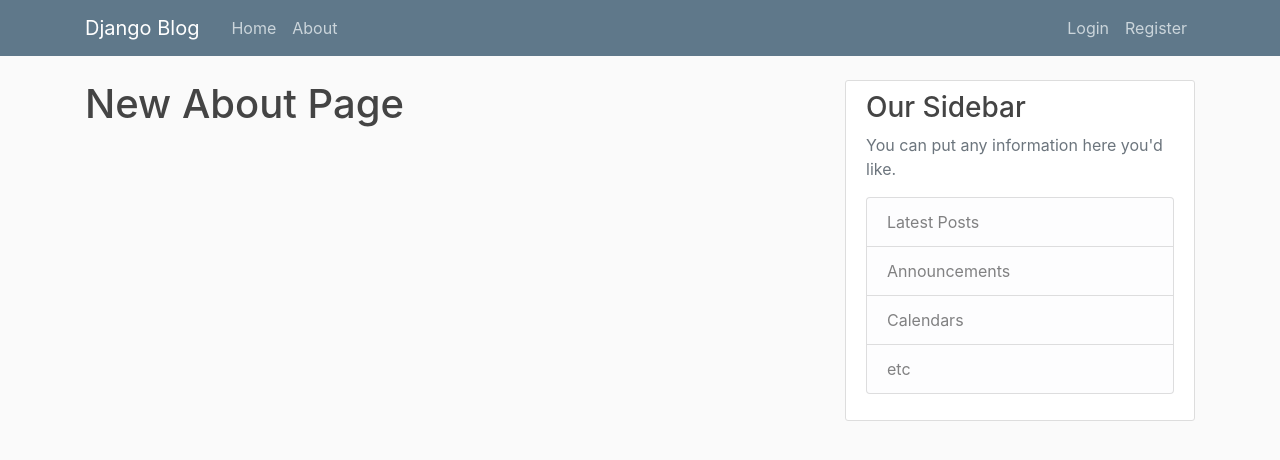
Repository: rahulsolankib/portfolio
Page: http://localhost/about/
These files come from the project's save history. The page is drawn as it stood at one moment and after the next save; the edit follows.
The browser window is 1280 px wide. The pictures show the whole page.
The page is served by the project's application, run on Django 3.2 (manage.py).

Above is the page before, as saved 2020-10-12 01:56:06.

After the next save:
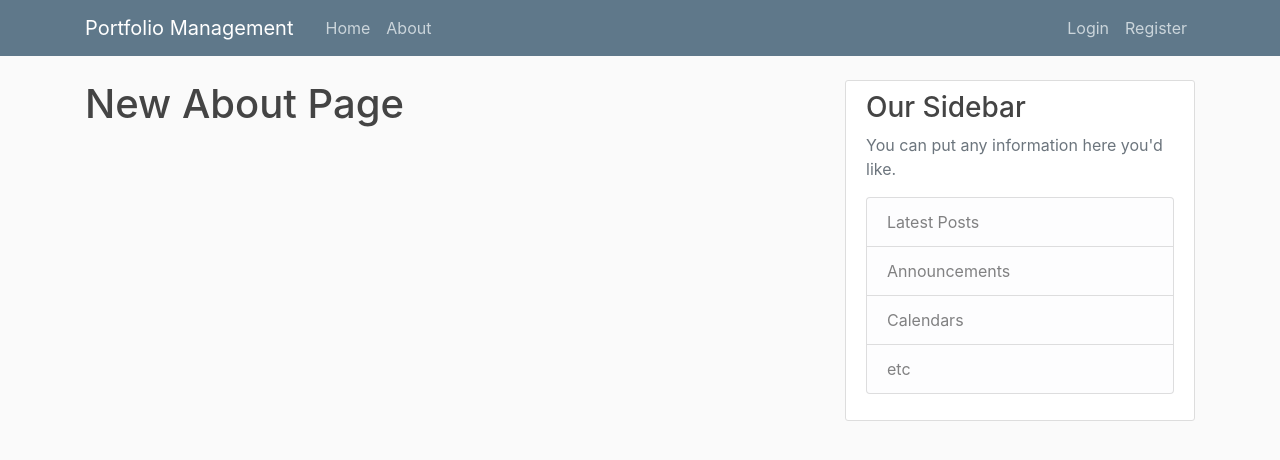
Saved 2 min 16 s later.
--- a/startPage/templates/startPage/base.html
+++ b/startPage/templates/startPage/base.html
@@ -19,7 +19,7 @@
     <header class="site-header">
         <nav class="navbar navbar-expand-md navbar-dark bg-steel fixed-top">
             <div class="container">
-            <a class="navbar-brand mr-4" href="{% url 'Start-Page' %}">Django Blog</a>
+            <a class="navbar-brand mr-4" href="{% url 'Start-Page' %}">Portfolio Management</a>
             <button class="navbar-toggler" type="button" data-toggle="collapse" data-target="#navbarToggle" aria-controls="navbarToggle" aria-expanded="false" aria-label="Toggle navigation">
             <span class="navbar-toggler-icon"></span>
             </button>
